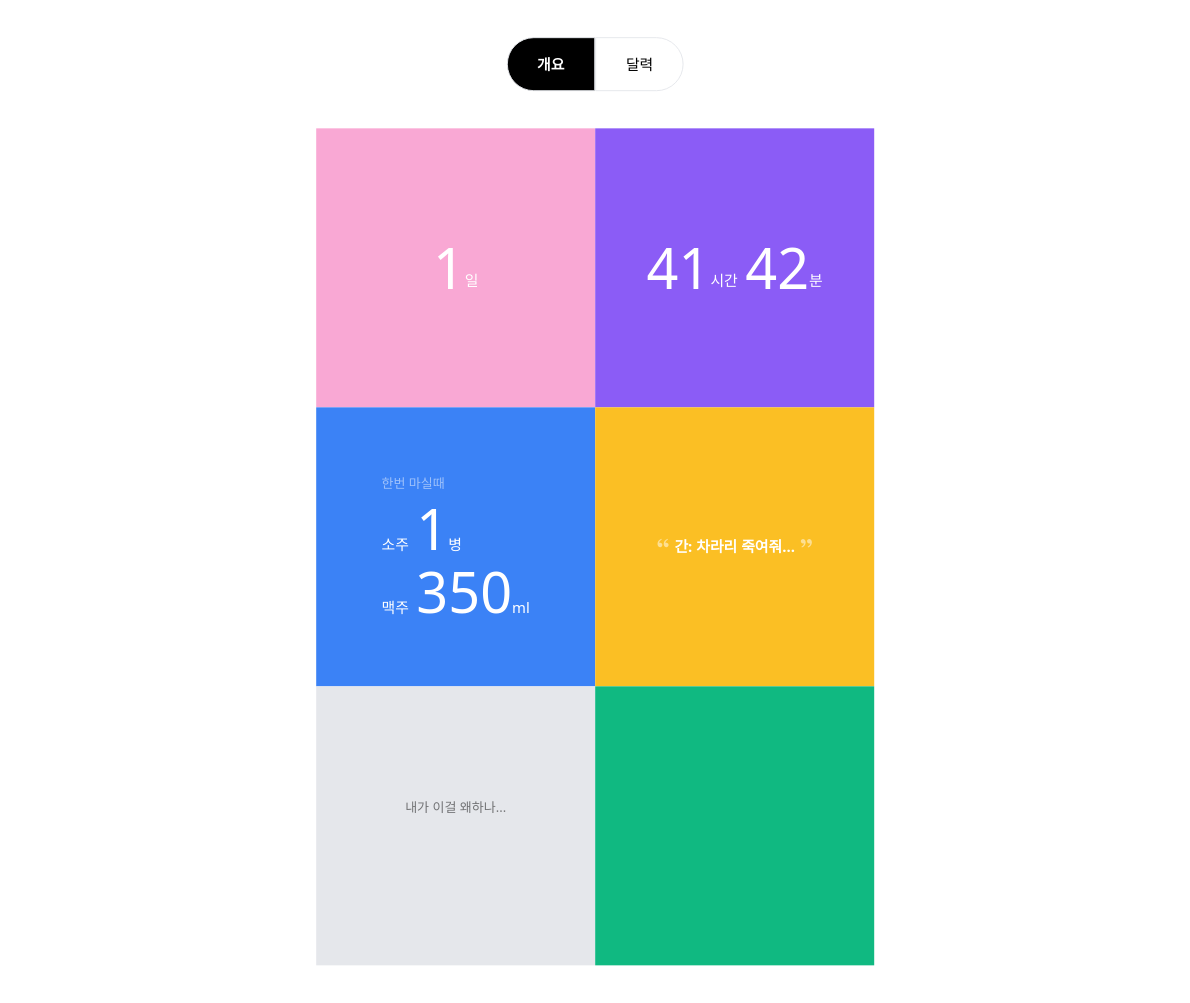
Repository: honey-punch/my-alcohol
Page: /
The author's editor kept a copy of each file at every save. The page is drawn from the files as they stood at one save, then again after the next save.
The browser window is 1280 px wide. The pictures show the whole page, at 93% of full size.
The project was rebuilt for these pictures with package versions that can differ from the ones it lists, and the page was loaded fresh each time. The framework's server and built-in components were replaced by stand-ins that run in the browser. Also part of the build but not shown: next.config.ts, src/app/_component/Calendar.tsx.

Above is the page before, as saved 2025-02-10 16:34:16.

After the next save:
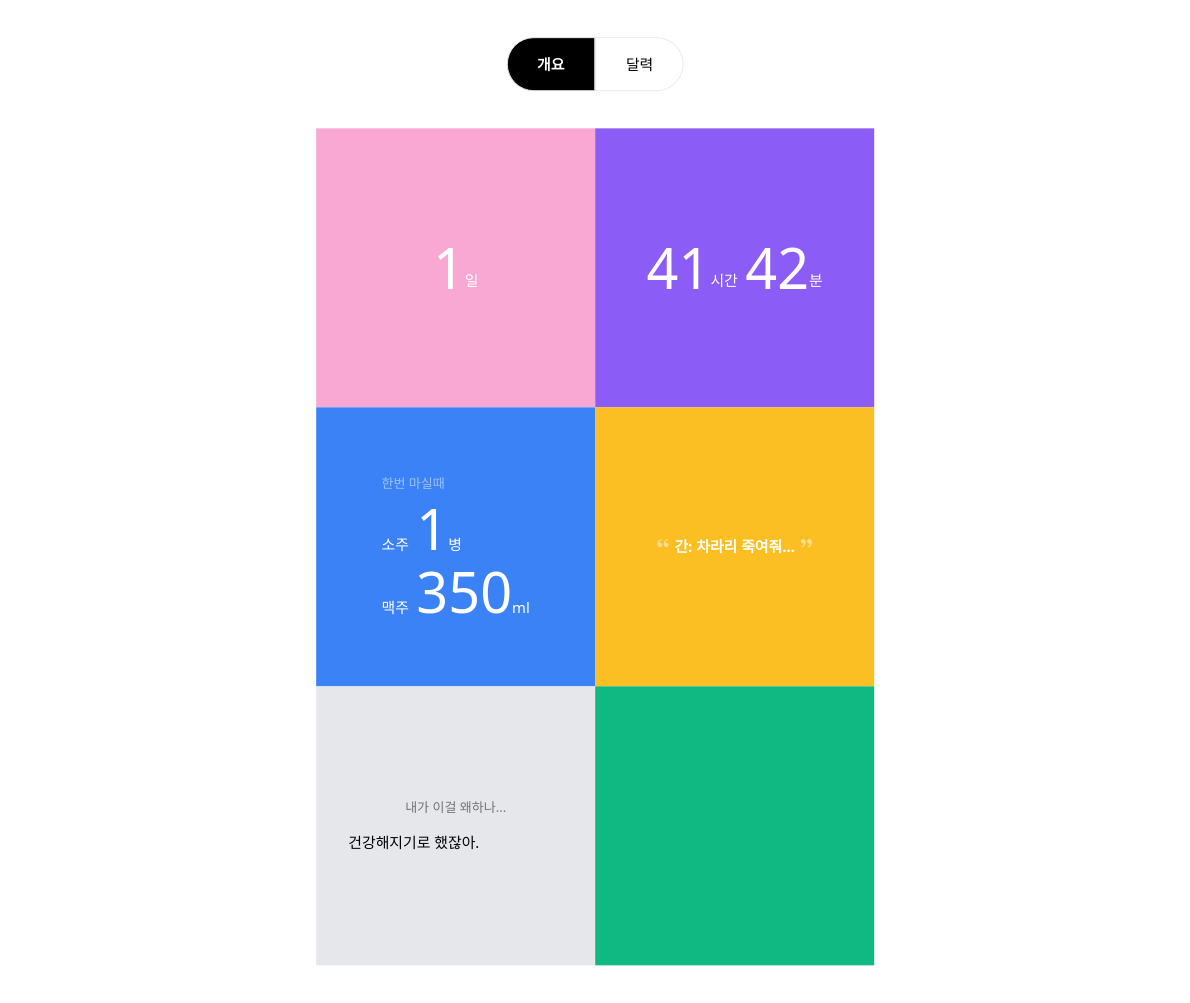
Saved 19 s later.
--- a/src/app/_component/Summary.tsx
+++ b/src/app/_component/Summary.tsx
@@ -40,7 +40,7 @@ export default function Summary() {
     wiseSaying[Math.floor(Math.random() * wiseSaying.length)];
 
   // 5번 박스
-  const [motive, setMotive] = useState<string>("");
+  const [motive, setMotive] = useState<string>("건강해지기로 했잖아.");
 
   return (
     <div className="grid grid-cols-2">
